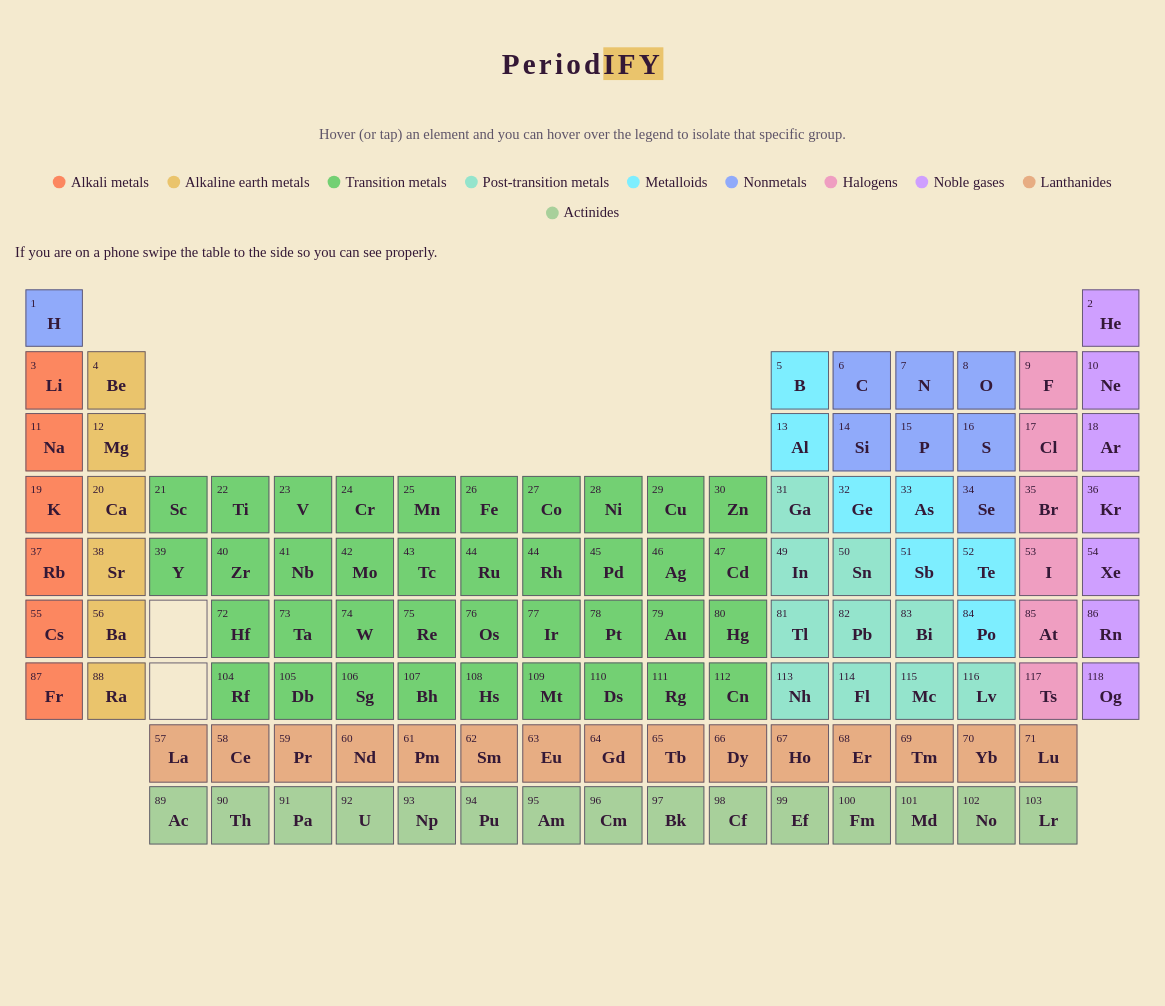
Repository: manayparikh1/Periodify
Page: index.html
An editor plug-in stored every save of this project. The page is shown before and after the next save, followed by the edit.
The browser window is 1280 px wide. The pictures show the whole page, at 91% of full size.

Above is the page before, as saved 2026-10-19 19:50:49.

### index.html
<!DOCTYPE html>
<html lang="en">

<head>
    <meta charset="UTF-8">
    <meta name="viewport" content="width=device-width, initial-scale=1.0">
    <title>Periodify</title>
</head>

<body>
    <!-- === HTML STARTS here===-->
    <header>
        <h1>Period<span>IFY</span></h1>
        <p>Hover (or tap) an element and you can hover over the legend to isolate that specific group.</p>
    </header>
    <!-- === Legend === -->
    <ul class="legend">
        <li class="k-ak" style="--c: var(--ak);">Alkali metals</li>
        <li class="k-ae" style="--c: var(--ae);">Alkaline earth metals</li>
        <li class="k-tm" style="--c: var(--tm);">Transition metals</li>
        <li class="k-pt" style="--c: var(--pt);">Post-transition metals</li>
        <li class="k-md" style="--c: var(--md);">Metalloids</li>
        <li class="k-nm" style="--c: var(--nm);">Nonmetals</li>
        <li class="k-hg" style="--c: var(--hg);">Halogens</li>
        <li class="k-hl" style="--c: var(--hl);">Noble gases</li>
        <li class="k-la" style="--c: var(--la);">Lanthanides</li>
        <li class="k-ac" style="--c: var(--ac);">Actinides</li>
    </ul>
    <p class="hint">If you are on a phone swipe the table to the side so you can see properly.</p>
    <div class="scroll">
        <div class="table">

            <!-- The first period -->
            <div class="el nm" tabindex="0"><i>1</i><b>H</b><span>Hydrogen<br>Atomic mass = 1.008</span></div>
            <div class="gap" style="--n:16"></div>
            <!-- Gives a 16 element gap because hydron and helium are not in the same column -->
            <div class="el ng" tabindex="0"><i>2</i><b>He</b><span>Helium<br>Atomic mass = 4.003</span></div>
            <!-- The second period -->
            <div class="el ak" tabindex="0"><i>3</i><b>Li</b><span>Lithium<br>Atomic mass = 6.94</span></div>
            <div class="el ae" tabindex="0"><i>4</i><b>Be</b><span>Beryllium<br>Atomic mass = 9.012</span></div>
            <div class="gap" style="--n:10"></div>
            <div class="el md" tabindex="0"><i>5</i><b>B</b><span>Boron<br>Atomic mass = 10.81</span></div>
            <div class="el nm" tabindex="0"><i>6</i><b>C</b><span>Carbon<br>Atomic mass = 12.01</span></div>
            <div class="el nm" tabindex="0"><i>7</i><b>N</b><span>Nitrogen<br>Atomic mass = 14.01</span></div>
            <div class="el nm" tabindex="0"><i>8</i><b>O</b><span>Oxygen<br>Atomic mass = 16.00</span></div>
            <div class="el hg" tabindex="0"><i>9</i><b>F</b><span>Fluorine<br>Atomic mass = 19.00</span></div>
            <div class="el ng" tabindex="0"><i>10</i><b>Ne</b><span>Neon<br>Atomic mass = 20.18</span></div>
            <!-- The third period -->
            <div class="el ak" tabindex="0"><i>11</i><b>Na</b><span>Sodium<br>Atomic mass = 22.99</span></div>
            <div class="el ae" tabindex="0"><i>12</i><b>Mg</b><span>Magnesium<br>Atomic mass = 24.31</span></div>
            <div class="gap" style="--n:10"></div>
            <div class="el md" tabindex="0"><i>13</i><b>Al</b><span>Aluminum<br>Atomic mass = 26.98</span></div>
            <div class="el nm" tabindex="0"><i>14</i><b>Si</b><span>Silicon<br>Atomic mass = 28.09</span></div>
            <div class="el nm" tabindex="0"><i>15</i><b>P</b><span>Phosphorus<br>Atomic mass = 30.97</span></div>
            <div class="el nm" tabindex="0"><i>16</i><b>S</b><span>Sulfur<br>Atomic mass = 32.06</span></div>
            <div class="el hg" tabindex="0"><i>17</i><b>Cl</b><span>Chlorine<br>Atomic mass = 35.45</span></div>
            <div class="el ng" tabindex="0"><i>18</i><b>Ar</b><span>Argon<br>Atomic mass = 39.95</span></div>
            <!-- the fourth period -->
            <div class="el ak" tabindex="0"><i>19</i><b>K</b><span>Potassium<br>Atomic mass = 39.09</span></div>
            <div class="el ae" tabindex="0"><i>20</i><b>Ca</b><span>Calcium<br>Atomic mass = 40.08</span></div>
            <div class="el tm" tabindex="0"><i>21</i><b>Sc</b><span>Scandium<br>Atomic mass = 44.96</span></div>
            <div class="el tm" tabindex="0"><i>22</i><b>Ti</b><span>Titanium<br>Atomic mass = 47.87</span></div>
            <div class="el tm" tabindex="0"><i>23</i><b>V</b><span>Vanadium<br>Atomic mass = 50.94</span></div>
            <div class="el tm" tabindex="0"><i>24</i><b>Cr</b><span>Chromium<br>Atomic mass = 52.00</span></div>
            <div class="el tm" tabindex="0"><i>25</i><b>Mn</b><span>Manganese<br>Atomic mass = 54.94</span></div>
            <div class="el tm" tabindex="0"><i>26</i><b>Fe</b><span>Iron<br>Atomic mass = 55.85</span></div>
            <div class="el tm" tabindex="0"><i>27</i><b>Co</b><span>Cobalt<br>Atomic mass = 58.93</span></div>
            <div class="el tm" tabindex="0"><i>28</i><b>Ni</b><span>Nickel<br>Atomic mass = 58.69</span></div>
            <div class="el tm" tabindex="0"><i>29</i><b>Cu</b><span>Copper<br>Atomic mass = 63.55</span></div>
            <div class="el tm" tabindex="0"><i>30</i><b>Zn</b><span>Zinc<br>Atomic mass = 65.38</span></div>
            <div class="el pt" tabindex="0"><i>31</i><b>Ga</b><span>Gallium<br>Atomic mass = 69.72</span></div>
            <div class="el md" tabindex="0"><i>32</i><b>Ge</b><span>Germanium<br>Atomic mass = 72.63</span></div>
            <div class="el md" tabindex="0"><i>33</i><b>As</b><span>Arsenic<br>Atomic mass = 74.92</span></div>
            <div class="el nm" tabindex="0"><i>34</i><b>Se</b><span>Selenium<br>Atomic mass = 78.96</span></div>
            <div class="el hg" tabindex="0"><i>35</i><b>Br</b><span>Bromine<br>Atomic mass = 79.90</span></div>
            <div class="el ng" tabindex="0"><i>36</i><b>Kr</b><span>Krypton<br>Atomic mass = 83.80</span></div>
            <!-- the fifth period -->
            <div class="el ak" tabindex="0"><i>37</i><b>Rb</b><span>Rubidium<br>Atomic mass = 85.47</span></div>
            <div class="el ae" tabindex="0"><i>38</i><b>Sr</b><span>Strontium<br>Atomic mass = 87.62</span></div>
            <div class="el tm" tabindex="0"><i>39</i><b>Y</b><span>Yttrium<br>Atomic mass = 88.91</span></div>
            <div class="el tm" tabindex="0"><i>40</i><b>Zr</b><span>Zirconium<br>Atomic mass = 91.22</span></div>
            <div class="el tm" tabindex="0"><i>41</i><b>Nb</b><span>Niobium<br>Atomic mass = 92.91</span></div>
            <div class="el tm" tabindex="0"><i>42</i><b>Mo</b><span>Molybdenum<br>Atomic mass = 95.95</span></div>
            <div class="el tm" tabindex="0"><i>43</i><b>Tc</b><span>Technetium<br>Atomic mass = 98.00</span></div>
            <div class="el tm" tabindex="0"><i>44</i><b>Ru</b><span>Ruthenium<br>Atomic mass = 101.07</span></div>
            <div class="el tm" tabindex="0"><i>44</i><b>Rh</b><span>Rhodium<br>Atomic mass = 102.91</span></div>
            <div class="el tm" tabindex="0"><i>45</i><b>Pd</b><span>Palladium<br>Atomic mass = 106.42</span></div>
            <div class="el tm" tabindex="0"><i>46</i><b>Ag</b><span>Silver<br>Atomic mass = 107.87</span></div>
            <div class="el tm" tabindex="0"><i>47</i><b>Cd</b><span>Cadmium<br>Atomic mass = 112.41</span></div>
            <div class="el pt" tabindex="0"><i>49</i><b>In</b><span>Indium<br>Atomic mass = 114.82</span></div>
            <div class="el pt" tabindex="0"><i>50</i><b>Sn</b><span>Tin<br>Atomic mass = 118.71</span></div>
            <div class="el md" tabindex="0"><i>51</i><b>Sb</b><span>Antimony<br>Atomic mass = 121.76</span></div>
            <div class="el md" tabindex="0"><i>52</i><b>Te</b><span>Tellurium<br>Atomic mass = 127.60</span></div>
            <div class="el hg" tabindex="0"><i>53</i><b>I</b><span>Iodine<br>Atomic mass = 126.90</span></div>
            <div class="el ng" tabindex="0"><i>54</i><b>Xe</b><span>Xenon<br>Atomic mass = 131.29</span></div>
            <!-- the sixth period -->
            <div class="el ak" tabindex="0"><i>55</i><b>Cs</b><span>Caesium<br>Atomic mass = 132.91</span></div>
            <div class="el ae" tabindex="0"><i>56</i><b>Ba</b><span>Barium<br>Atomic mass = 137.33</span></div>
            <!-- this is the gap for the lanthanoids  group (goes to hafnium straight)-->
            <div class="el " tabindex="0"><i></i><b></b><span>Lanthanoids<br>57-71</span></div>
            <div class="el tm" tabindex="0"><i>72</i><b>Hf</b><span>Hafnium<br>Atomic mass = 178.49</span></div>
            <div class="el tm" tabindex="0"><i>73</i><b>Ta</b><span>Tantalum<br>Atomic mass = 180.95</span></div>
            <div class="el tm" tabindex="0"><i>74</i><b>W</b><span>Tungsten<br>Atomic mass = 183.84</span></div>
            <div class="el tm" tabindex="0"><i>75</i><b>Re</b><span>Rhenium<br>Atomic mass = 186.21</span></div>
            <div class="el tm" tabindex="0"><i>76</i><b>Os</b><span>Osmium<br>Atomic mass = 190.23</span></div>
            <div class="el tm" tabindex="0"><i>77</i><b>Ir</b><span>Iridium<br>Atomic mass = 192.22</span></div>
            <div class="el tm" tabindex="0"><i>78</i><b>Pt</b><span>Platinum<br>Atomic mass = 195.08</span></div>
            <div class="el tm" tabindex="0"><i>79</i><b>Au</b><span>Gold<br>Atomic mass = 196.97</span></div>
            <div class="el tm" tabindex="0"><i>80</i><b>Hg</b><span>Mercury<br>Atomic mass = 200.59</span></div>
            <div class="el pt" tabindex="0"><i>81</i><b>Tl</b><span>Thallium<br>Atomic mass = 204.38</span></div>
            <div class="el pt" tabindex="0"><i>82</i><b>Pb</b><span>Lead<br>Atomic mass = 207.2</span></div>
            <div class="el pt" tabindex="0"><i>83</i><b>Bi</b><span>Bismuth<br>Atomic mass = 208.98</span></div>
            <div class="el md" tabindex="0"><i>84</i><b>Po</b><span>Polonium<br>Atomic mass = 209.00</span></div>
            <div class="el hg" tabindex="0"><i>85</i><b>At</b><span>Astatine<br>Atomic mass = 209.99</span></div>
            <div class="el ng" tabindex="0"><i>86</i><b>Rn</b><span>Radon<br>Atomic mass = 222.00</span></div>
            <!-- the seventh period -->
            <div class="el ak" tabindex="0"><i>87</i><b>Fr</b><span>Francium<br>Atomic mass = 223.00</span></div>
            <div class="el ae" tabindex="0"><i>88</i><b>Ra</b><span>Radium<br>Atomic mass = 226.00</span></div>
            <!-- this gap is the space for the Actinide block -->
            <div class="el " tabindex="0"><i></i><b></b><span>Actinides<br>89-103</span></div>
            <div class="el tm" tabindex="0"><i>104</i><b>Rf</b><span>Rutherfordium<br>Atomic mass = 267.00</span></div>
            <div class="el tm" tabindex="0"><i>105</i><b>Db</b><span>Dubnium<br>Atomic mass = 268.00</span></div>
            <div class="el tm" tabindex="0"><i>106</i><b>Sg</b><span>Seaborgium<br>Atomic mass = 269.00</span></div>
            <div class="el tm" tabindex="0"><i>107</i><b>Bh</b><span>Bhorium<br>Atomic mass = 270.00</span></div>
            <div class="el tm" tabindex="0"><i>108</i><b>Hs</b><span>Hassium<br>Atomic mass = 270.00</span></div>
            <div class="el tm" tabindex="0"><i>109</i><b>Mt</b><span>Meitnerium<br>Atomic mass = 278.00</span></div>
            <div class="el tm" tabindex="0"><i>110</i><b>Ds</b><span>Darmstadtium<br>Atomic mass = 281.00</span></div>
            <div class="el tm" tabindex="0"><i>111</i><b>Rg</b><span>Roentgenium<br>Atomic mass = 282.00</span></div>
            <div class="el tm" tabindex="0"><i>112</i><b>Cn</b><span>Copernicium<br>Atomic mass = 285.00</span></div>
            <div class="el pt" tabindex="0"><i>113</i><b>Nh</b><span>Nihonium<br>Atomic mass = 286.00</span></div>
            <div class="el pt" tabindex="0"><i>114</i><b>Fl</b><span>Flerovium<br>Atomic mass = 289.00</span></div>
            <div class="el pt" tabindex="0"><i>115</i><b>Mc</b><span>Moscovium<br>Atomic mass = 290.00</span></div>
            <div class="el pt" tabindex="0"><i>116</i><b>Lv</b><span>Livermorium<br>Atomic mass = 293.00</span></div>
            <div class="el hg" tabindex="0"><i>117</i><b>Ts</b><span>Tennessine<br>Atomic mass = 294.00</span></div>
            <div class="el ng" tabindex="0"><i>118</i><b>Og</b><span>Oganesson<br>Atomic mass = 294.00</span></div>
            <!-- the lanthanoids -->
            <div class="gap" style="--n:2"></div>
            <div class="el la" tabindex="0"><i>57</i><b>La</b><span>Lanthanum<br>Atomic mass = 138.91</span></div>
            <div class="el la" tabindex="0"><i>58</i><b>Ce</b><span>Cerium<br>Atomic mass = 140.12</span></div>
            <div class="el la" tabindex="0"><i>59</i><b>Pr</b><span>Praseodymium<br>Atomic mass = 140.91</span></div>
            <div class="el la" tabindex="0"><i>60</i><b>Nd</b><span>Neodymium<br>Atomic mass = 144.24</span></div>
            <div class="el la" tabindex="0"><i>61</i><b>Pm</b><span>Promethium<br>Atomic mass = 145.00</span></div>
            <div class="el la" tabindex="0"><i>62</i><b>Sm</b><span>Samarium<br>Atomic mass = 150.36</span></div>
            <div class="el la" tabindex="0"><i>63</i><b>Eu</b><span>Europium<br>Atomic mass = 151.96</span></div>
            <div class="el la" tabindex="0"><i>64</i><b>Gd</b><span>Gadollinium<br>Atomic mass = 157.25</span></div>
            <div class="el la" tabindex="0"><i>65</i><b>Tb</b><span>Terbium<br>Atomic mass = 158.93</span></div>
            <div class="el la" tabindex="0"><i>66</i><b>Dy</b><span>Dysprosium<br>Atomic mass = 162.50</span></div>
            <div class="el la" tabindex="0"><i>67</i><b>Ho</b><span>Holmium<br>Atomic mass = 164.93</span></div>
            <div class="el la" tabindex="0"><i>68</i><b>Er</b><span>Erbium<br>Atomic mass = 167.26</span></div>
            <div class="el la" tabindex="0"><i>69</i><b>Tm</b><span>Thulium<br>Atomic mass = 168.93</span></div>
            <div class="el la" tabindex="0"><i>70</i><b>Yb</b><span>Ytterbium<br>Atomic mass = 173.05</span></div>
            <div class="el la" tabindex="0"><i>71</i><b>Lu</b><span>Lutetium<br>Atomic mass = 174.97</span></div>
            <div class="gap" style="--n:1"></div>

            <!-- the actinides section -->
            <div class="gap" style="--n:2"></div>
            <div class="el ac" tabindex="0"><i>89</i><b>Ac</b><span>Actinium<br>Atomic mass = 227.00</span></div>
            <div class="el ac" tabindex="0"><i>90</i><b>Th</b><span>Thorium<br>Atomic mass = 232.04</span></div>
            <div class="el ac" tabindex="0"><i>91</i><b>Pa</b><span>Protactinium<br>Atomic mass = 231.04</span></div>
            <div class="el ac" tabindex="0"><i>92</i><b>U</b><span>Uranium<br>Atomic mass = 238.03</span></div>
            <div class="el ac" tabindex="0"><i>93</i><b>Np</b><span>Neptunium<br>Atomic mass = 237.00</span></div>
            <div class="el ac" tabindex="0"><i>94</i><b>Pu</b><span>Plutonium<br>Atomic mass = 244.00</span></div>
            <div class="el ac" tabindex="0"><i>95</i><b>Am</b><span>Americium<br>Atomic mass = 243.00</span></div>
            <div class="el ac" tabindex="0"><i>96</i><b>Cm</b><span>Curium<br>Atomic mass = 247.00</span></div>
            <div class="el ac" tabindex="0"><i>97</i><b>Bk</b><span>Berkelium<br>Atomic mass = 247.00</span></div>
            <div class="el ac" tabindex="0"><i>98</i><b>Cf</b><span>Californium<br>Atomic mass = 251.00</span></div>
            <div class="el ac" tabindex="0"><i>99</i><b>Ef</b><span>Einsteinium<br>Atomic mass = 252.00</span></div>
            <div class="el ac" tabindex="0"><i>100</i><b>Fm</b><span>Fermium<br>Atomic mass = 257.00</span></div>
            <div class="el ac" tabindex="0"><i>101</i><b>Md</b><span>Mendelevium<br>Atomic mass = 258.00</span></div>
            <div class="el ac" tabindex="0"><i>102 </i><b>No </b><span>Nobelium<br>Atomic mass = 259.00</span></div>
            <div class="el ac" tabindex="0"><i>103</i><b>Lr</b><span>Lawrencium<br>Atomic mass = 266.00</span></div>
            <div class="gap" style="--n:1"></div>
        </div>
    </div>

    <!-- the HTML ENDS here and css starts=== -->
    <style>
        :root {
            --colouring: #341836;
            --main: #5e5468;
            --papercolor: #f4eacf;

            --ak: #fc8760;
            --ae: #eac46c;
            --tm: #73d073;
            --pt: #94e4cc;
            --md: #7deeff;
            --nm: #90aafa;
            --hl: #cf9fff;
            --hg: #ef9ec1;
            --la: #e7ad83;
            --ac: #a8d09b;
        }

        /* The page (looks) (its gonna look like a notebook)*/

        * {
            box-sizing: border-box;
        }

        body {
            margin: 0;
            padding: 23px 16.6px 48.5px;
            background: var(--papercolor);
            color: var(--colouring);
            font-family: "Comic Sans MS", "Comic Sans", "Comic Neue", "Chalkboard SE", cursive;
            line-height: 1.67;
        }

        header {
            text-align: center;
            margin-bottom: 25px;
        }

        h1 {
            text-align: center;
            margin-bottom: 37px;
            letter-spacing: 3.5px;
        }

        h1 span {
            background: var(--ae);
        }

        header p {
            margin: 5.5px 0 0;
            color: var(--main);
        }

        /* -- the periodic table part -- */
        .scroll {
            overflow-x: auto;
            padding: 11.5px 11px 130px;
        }

        .table {
            display: grid;
            grid-template-columns: repeat(18, minmax(54px, 1fr));
            gap: 4.6px;
            min-width: 1060px;
            max-width: 1414px;
            margin: 0 auto;
        }

        .gap {
            grid-column: span var(--n);
        }

        .gap.row {
            height: 14px;
        }

        .el {
            position: relative;
            aspect-ratio: 1/1;
            border: 1.4px solid var(--main);
            padding: 4px 5px;
            /*basically each elements box size*/
            cursor: pointer;
        }

        .el i {
            font-style: normal;
            font-size: 0.77rem;
            display: block;
        }

        .el b {
            display: block;
            font-size: 1.2rem;
            text-align: center;
            line-height: 1.2;
        }


        /* thing willl basically stay hidden unless u hover or tap a title*/

        .el span {

            display: none;
            position: absolute;
            top: 110%;
            left: 55%;
            transform: translateX(-45%);
            width: 148px;
            padding: 8.5px 10.5px;
            background: #caf4cb;
            border: 1.65px solid var(--main);
            font-size: 0.74rem;
            text-align: center;
            z-index: 9;
        }

        .el:hover span,
        .el:focus span {
            display: block;
        }

        /*hovering colours*/

        .ak {
            background: var(--ak);
        }

        .ae {
            background: var(--ae);
        }

        .tm {
            background: var(--tm);
        }

        .pt {
            background: var(--pt);
        }

        .md {
            background: var(--md);
        }

        .nm {
            background: var(--nm);
        }

        .hg {
            background: var(--hg);
        }

        .ng {
            background: var(--hl);
        }

        .la {
            background: var(--la);
        }

        .ac {
            background: var(--ac);
        }

        /* the legend part */

        .legend {
            list-style: none;
            /*takes away numbered list*/
            display: flex;
            flex-wrap: wrap;
            /*organizes the legend*/
            justify-content: center;
            gap: 7.5px 20px;
            padding: 0;
        }

        .legend li {
            display: flex;
            align-items: center;
            gap: 5.6px;
        }

        .legend li::before {
            content: "";
            width: 14px;
            height: 14px;
            border-radius: 50%;
            background: var(--c);
        }

After the next save:
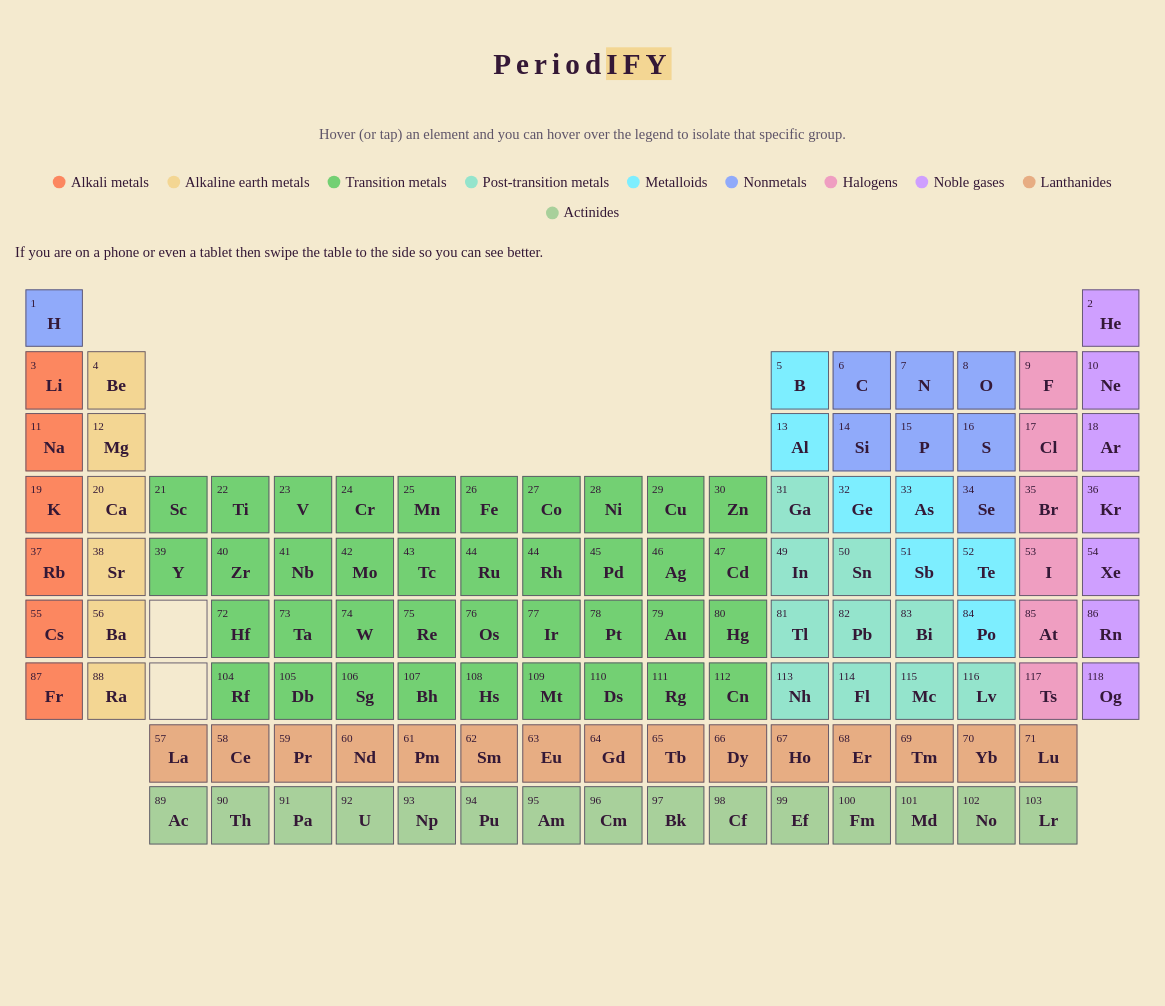
Saved 2 min 28 s later.
--- a/index.html
+++ b/index.html
@@ -26,7 +26,7 @@
         <li class="k-la" style="--c: var(--la);">Lanthanides</li>
         <li class="k-ac" style="--c: var(--ac);">Actinides</li>
     </ul>
-    <p class="hint">If you are on a phone swipe the table to the side so you can see properly.</p>
+    <p class="hint">If you are on a phone or even a tablet then swipe the table to the side so you can see better.</p>
     <div class="scroll">
         <div class="table">
 
@@ -181,7 +181,7 @@
             --papercolor: #f4eacf;
 
             --ak: #fc8760;
-            --ae: #eac46c;
+            --ae: #f3d693;
             --tm: #73d073;
             --pt: #94e4cc;
             --md: #7deeff;
@@ -215,7 +215,7 @@
         h1 {
             text-align: center;
             margin-bottom: 37px;
-            letter-spacing: 3.5px;
+            letter-spacing: 5.6px;
         }
 
         h1 span {
